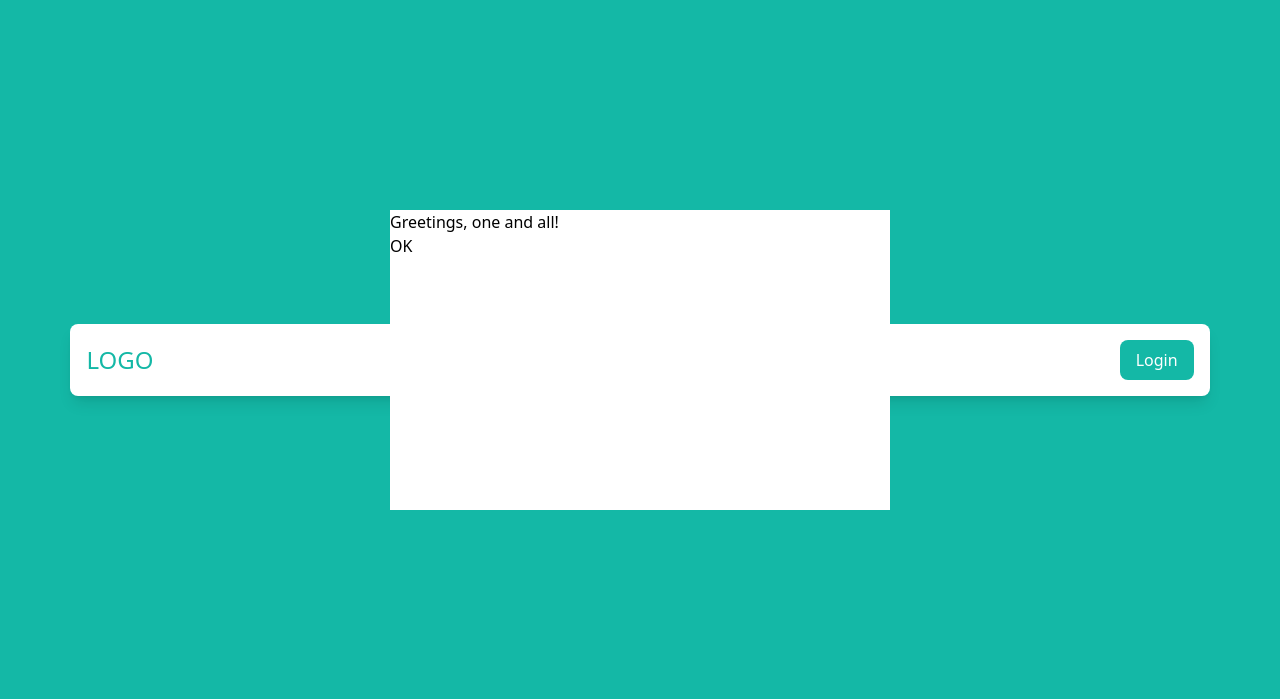
Repository: DevAntonioRogers/react-modal-with-dialog
Page: /
An editor plug-in stored every save of this project. The page is shown before and after the next save, followed by the edit.
The browser window is 1280 px wide. The pictures show the whole page.
The project was rebuilt for these pictures with package versions that can differ from the ones it lists, and the page was loaded fresh each time. Also part of the build but not shown: vite.config.ts.

Above is the page before, as saved 2023-05-10 09:43:39.

### src/App.tsx
import { useRef } from "react";

function App() {
  const ref = useRef(null);
  const modal = ref.current;

  return (
    <>
      <div className="flex items-center justify-center w-screen h-screen bg-teal-500 relative">
        <nav className="flex justify-between items-center p-4 w-[89%] bg-white m-auto rounded-lg shadow-lg">
          <div>
            <h1 className="text-2xl text-teal-500">LOGO</h1>
          </div>

          <ul className="flex items-center gap-8">
            <li>
              <a href="#">Home</a>
            </li>
            <li>
              <a href="#">Portfolio</a>
            </li>
            <li>
              <a href="#">About</a>
            </li>
            <li>
              <a href="#">Contact</a>
            </li>
            <li>
              <a href="#">Pricing</a>
            </li>
          </ul>

          <button
            onClick={() => modal.showModal()}
            className="px-4 py-2 bg-teal-500 text-white rounded-lg cursor-pointer"
          >
            Login
          </button>
        </nav>

        <dialog ref={ref} open className="w-[500px] h-[300px]">
          <p>Greetings, one and all!</p>
          <form method="dialog">
            <button>OK</button>
          </form>
        </dialog>
      </div>
    </>
  );
}

export default App;

Loaded but not shown: index.html (common file); src/main.tsx (common file); src/index.css (common file); tailwind.config.js (common file)

After the next save:
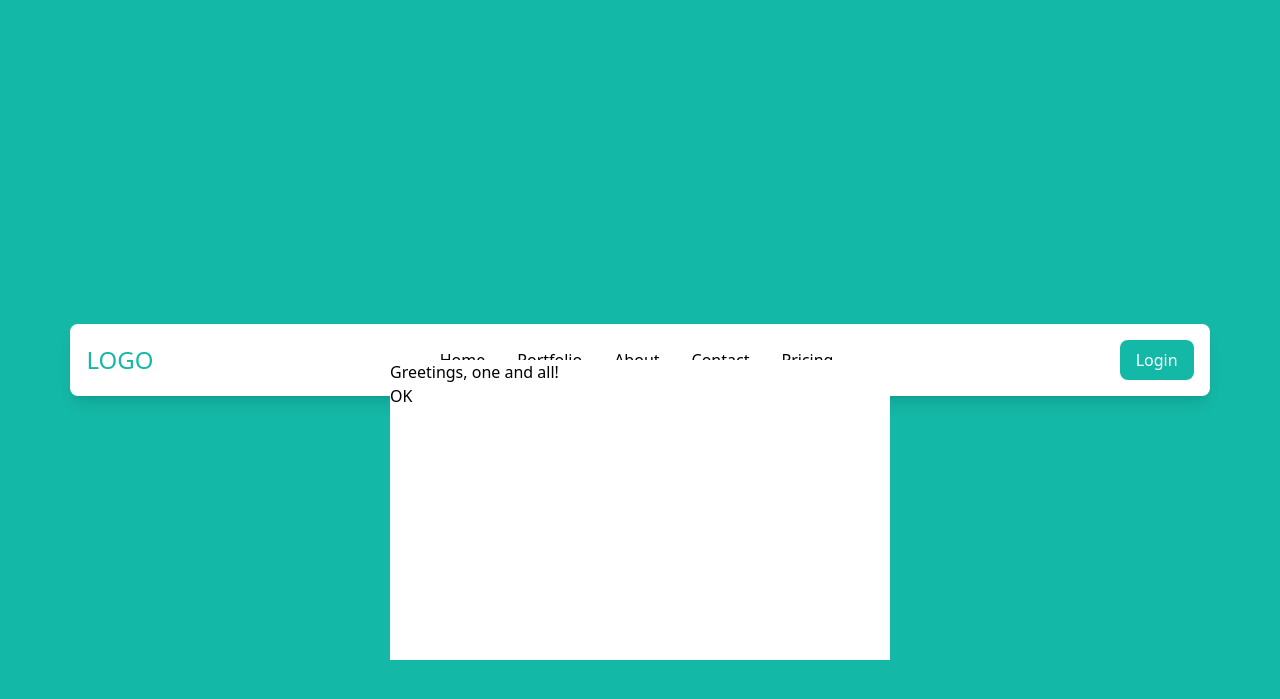
Saved 2 h 59 min later.
--- a/src/App.tsx
+++ b/src/App.tsx
@@ -37,13 +37,14 @@ function App() {
             Login
           </button>
         </nav>
-
-        <dialog ref={ref} open className="w-[500px] h-[300px]">
-          <p>Greetings, one and all!</p>
-          <form method="dialog">
-            <button>OK</button>
-          </form>
-        </dialog>
+        <div>
+          <dialog ref={ref} open className="w-[500px] h-[300px]">
+            <p>Greetings, one and all!</p>
+            <form method="dialog">
+              <button>OK</button>
+            </form>
+          </dialog>
+        </div>
       </div>
     </>
   );
